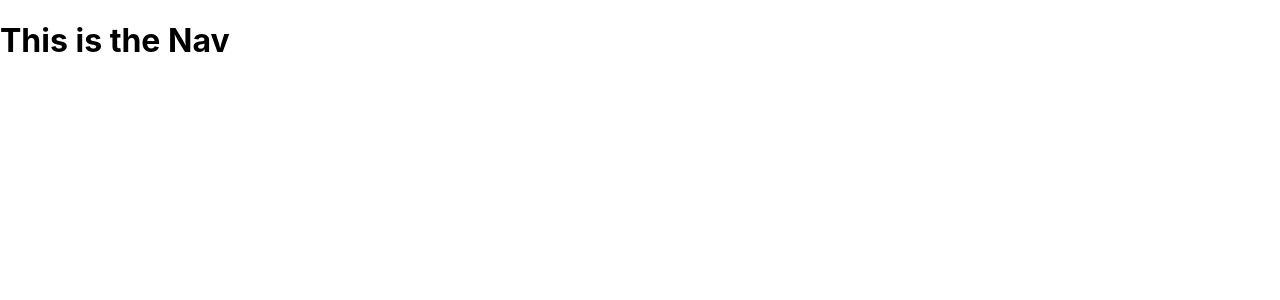
Repository: wwhite11/NETFLIX2.0
Page: / (app in netflix2.0-app/)
An editor plug-in stored every save of this project. The page is shown before and after the next save, followed by the edit.
The browser window is 1280 px wide. The pictures show the whole page.
The project was rebuilt for these pictures with package versions that can differ from the ones it lists, and the page was loaded fresh each time. Also part of the build but not shown: netflix2.0-app/src/App.css, netflix2.0-app/src/Nav.css.

Above is the page before, as saved 2022-06-09 12:06:42.

### netflix2.0-app/src/App.js
import React from 'react';
import './App.css';
import HomeScreen from './HomeScreen';

function App() {
  return (
    <div className="app">
     <HomeScreen />
    </div>
  );
}

export default App;

### netflix2.0-app/src/features/counterSlice.js
import { createAsyncThunk, createSlice } from '@reduxjs/toolkit';
import { fetchCount } from './counter/counterAPI';

const initialState = {
  value: 0,
  status: 'idle',
};

// The function below is called a thunk and allows us to perform async logic. It
// can be dispatched like a regular action: `dispatch(incrementAsync(10))`. This
// will call the thunk with the `dispatch` function as the first argument. Async
// code can then be executed and other actions can be dispatched. Thunks are
// typically used to make async requests.
export const incrementAsync = createAsyncThunk(
  'counter/fetchCount',
  async (amount) => {
    const response = await fetchCount(amount);
    // The value we return becomes the `fulfilled` action payload
    return response.data;
  }
);

export const counterSlice = createSlice({
  name: 'counter',
  initialState,
  // The `reducers` field lets us define reducers and generate associated actions
  reducers: {
    increment: (state) => {
      // Redux Toolkit allows us to write "mutating" logic in reducers. It
      // doesn't actually mutate the state because it uses the Immer library,
      // which detects changes to a "draft state" and produces a brand new
      // immutable state based off those changes
      state.value += 1;
    },
    decrement: (state) => {
      state.value -= 1;
    },
    // Use the PayloadAction type to declare the contents of `action.payload`
    incrementByAmount: (state, action) => {
      state.value += action.payload;
    },
  },
  // The `extraReducers` field lets the slice handle actions defined elsewhere,
  // including actions generated by createAsyncThunk or in other slices.
  extraReducers: (builder) => {
    builder
      .addCase(incrementAsync.pending, (state) => {
        state.status = 'loading';
      })
      .addCase(incrementAsync.fulfilled, (state, action) => {
        state.status = 'idle';
        state.value += action.payload;
      });
  },
});

export const { increment, decrement, incrementByAmount } = counterSlice.actions;

// The function below is called a selector and allows us to select a value from
// the state. Selectors can also be defined inline where they're used instead of
// in the slice file. For example: `useSelector((state: RootState) => state.counter.value)`
export const selectCount = (state) => state.counter.value;

// We can also write thunks by hand, which may contain both sync and async logic.
// Here's an example of conditionally dispatching actions based on current state.
export const incrementIfOdd = (amount) => (dispatch, getState) => {
  const currentValue = selectCount(getState());
  if (currentValue % 2 === 1) {
    dispatch(incrementByAmount(amount));
  }
};

export default counterSlice.reducer;

### netflix2.0-app/src/HomeScreen.js
import React from 'react'
import './HomeScreen.css'
import Nav from './Nav'

function HomeScreen() {
  return (
    <div className='homeScreen'>
        <Nav />

        {/* Banner */}

        {/* Row */}
    </div>
  )
}

export default HomeScreen

### netflix2.0-app/src/Nav.js
import React from 'react'
import './Nav.css'

function Nav () {
  return (
    <div className='nav'>
        <h1>This is the Nav</h1>
    </div>
  )
}

export default Nav

Loaded but not shown: netflix2.0-app/public/index.html (common file); netflix2.0-app/src/index.js (common file); netflix2.0-app/src/app/store.js (common file); netflix2.0-app/src/reportWebVitals.js (common file); netflix2.0-app/src/index.css (common file); netflix2.0-app/src/features/counter/counterAPI.js (common file); netflix2.0-app/src/HomeScreen.css (no stored copy; drawn as an empty file)

After the next save:
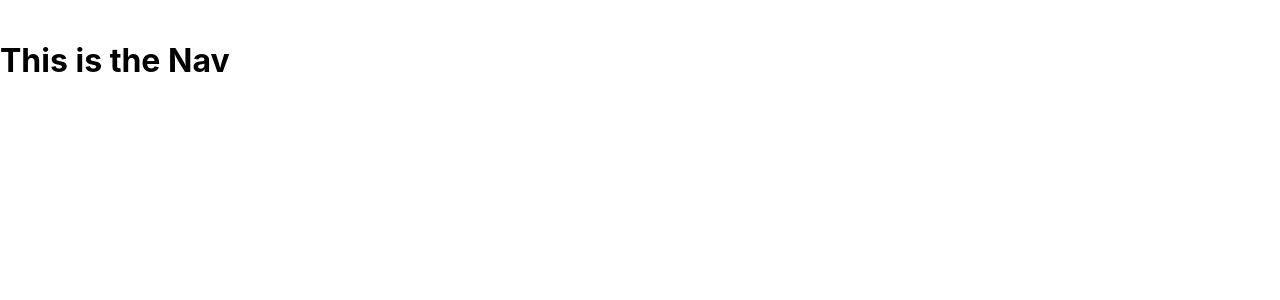
Saved 5 min 8 s later.
--- a/netflix2.0-app/src/Nav.js
+++ b/netflix2.0-app/src/Nav.js
@@ -4,6 +4,7 @@
 function Nav () {
   return (
     <div className='nav'>
+        <img src='' alt='' />
         <h1>This is the Nav</h1>
     </div>
   )
